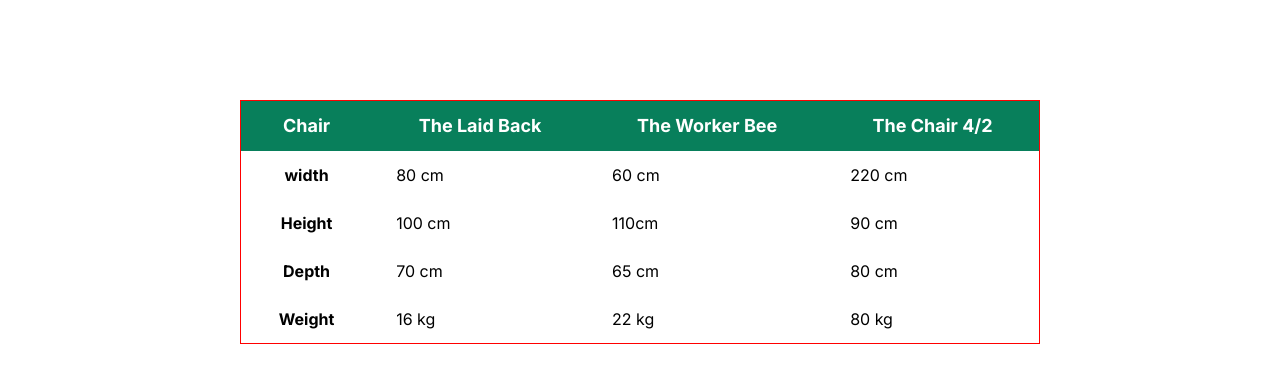
Repository: Ahmed123rezk123/06-Components
Page: table.html
These files come from the project's save history. The page is drawn as it stood at one moment and after the next save; the edit follows.
The browser window is 1280 px wide. The pictures show the whole page.

Above is the page before, as saved 2024-09-16 09:38:37.

After the next save:
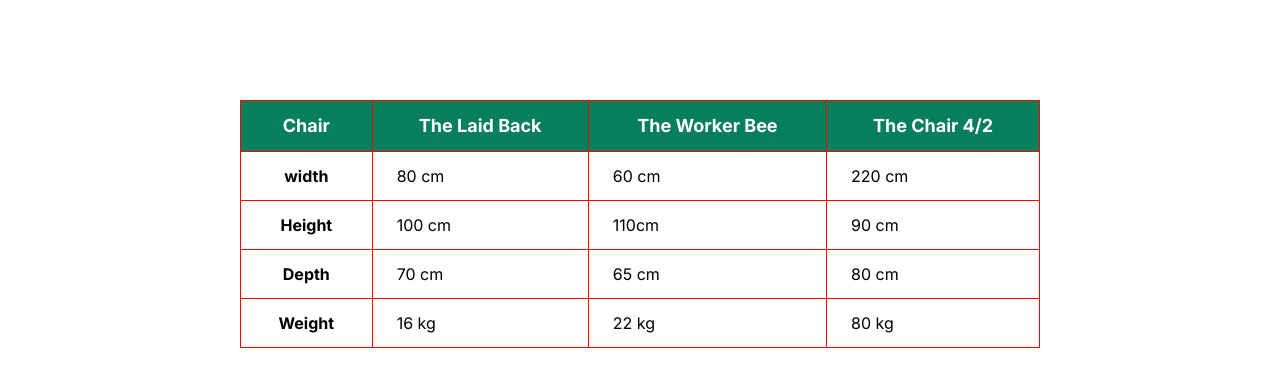
Saved 17 s later.
--- a/table.html
+++ b/table.html
@@ -27,7 +27,6 @@
         margin: 100px auto;
         width: 800px;
         border-collapse: collapse;
-        border: 1px solid red;
       }
       thead {
         background-color: #087f5b;
@@ -37,6 +36,7 @@
       }
       th,
       td {
+        border: 1px solid red;
         padding: 16px 24px;
       }
     </style>
